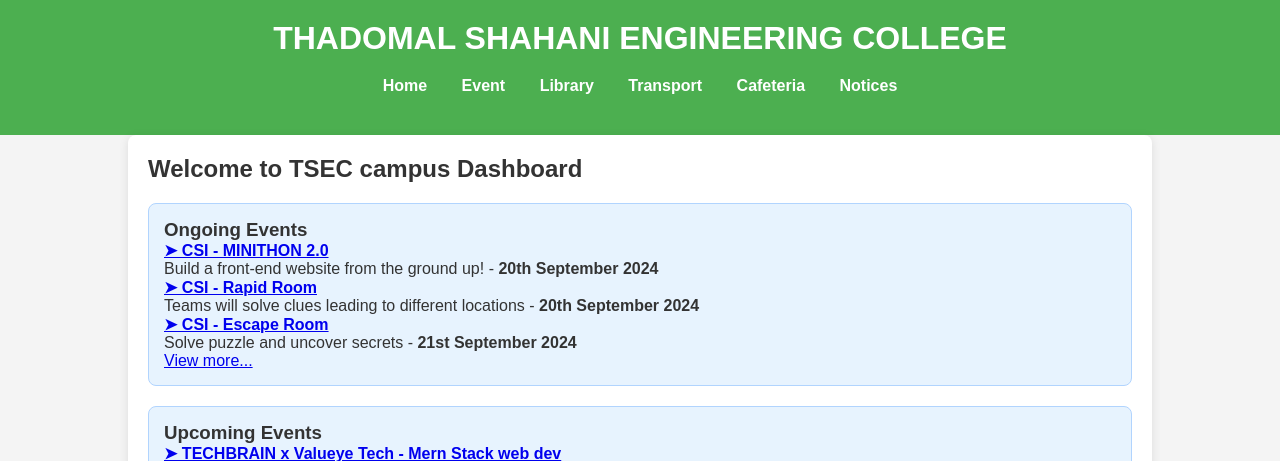
Repository: TejasS1233/MINITHON-hackathon-project
Page: Omar.html
These files come from the project's save history. The page is drawn as it stood at one moment and after the next save; the edit follows.
The browser window is 1280 px wide. The pictures show the part of the page from y = 0 to 461 px (the page is 1237 px tall).
A picture or video elsewhere on the page could not be fetched, so the positions and the page height are approximate.

Above is the page before, as saved 2024-09-20 09:48:40.

After the next save:
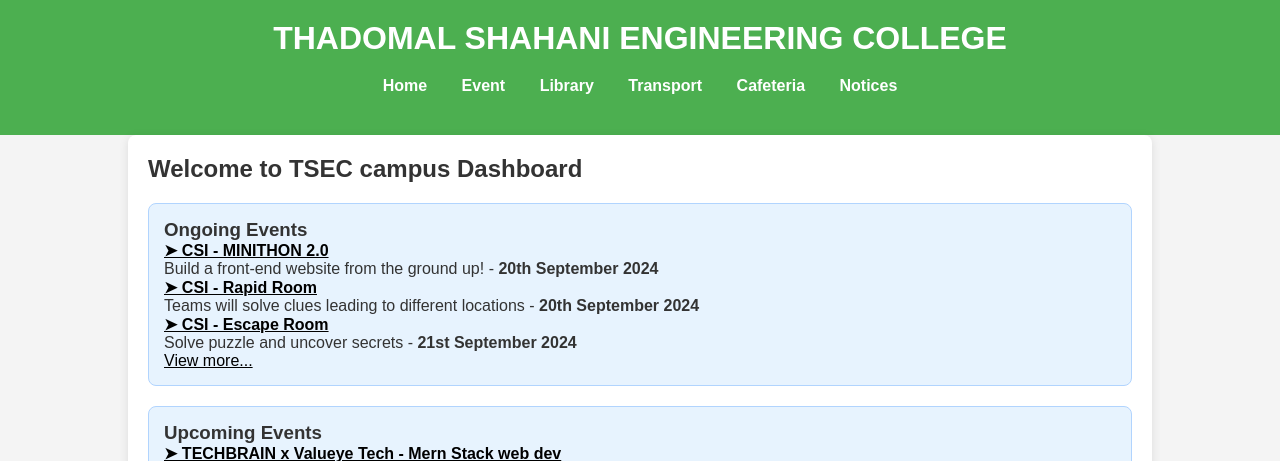
Saved 64 s later.
--- a/Omar.html
+++ b/Omar.html
@@ -35,6 +35,9 @@
             background: white;
             border-radius: 8px;
             box-shadow: 0 2px 10px rgba(0, 0, 0, 0.1);
+        }
+        a {
+            color: #000000;
         }
         .card {
             background: #e7f3fe;
